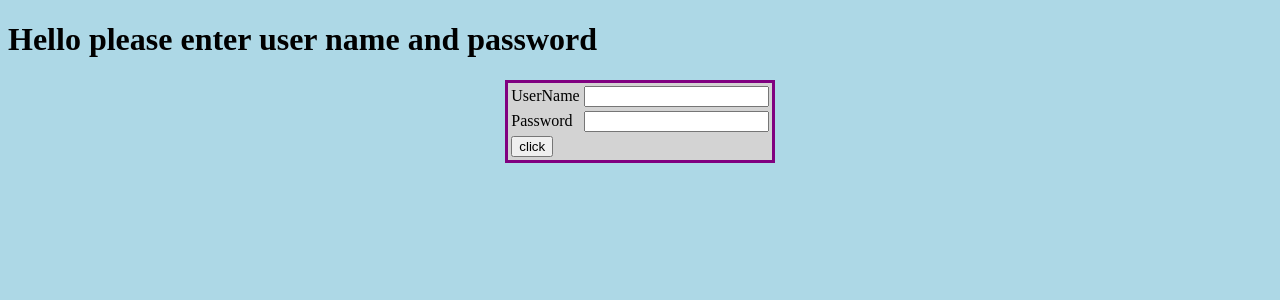
Repository: testGitHub1234cell/Test1
Page: http://localhost/nb/nb/AdminLogin.jsp
An editor plug-in stored every save of this project. The page is shown before and after the next save, followed by the edit.
The browser window is 1280 px wide. The pictures show the whole page.
The page is served by Tomcat 9. Other server files are loaded and not shown.

Above is the page before, as saved 2016-12-16 10:41:31.

### nb/nb/AdminLogin.jsp
<%@ page language="java" contentType="text/html; charset=ISO-8859-1"
    pageEncoding="ISO-8859-1"%>
<!DOCTYPE html PUBLIC "-//W3C//DTD HTML 4.01 Transitional//EN" "http://www.w3.org/TR/html4/loose.dtd">
<html>
<head>
<meta http-equiv="Content-Type" content="text/html; charset=ISO-8859-1">
<title>Insert title here</title>
</head>
<body bgcolor="lightblue">

<h1>Hello please enter user name and password</h1>

<form action="Controller">
<input type=hidden name=type value=3>
<table align="center" bgcolor="lightgray" bordercolor="purple">
<tr>
<td>UserName</td>
<td><input type=text name=uname></td>
</tr>
<tr>
<td>Password</td>
<td><input type=text name=password></td>
</tr>
<tr>
<td><input type="submit" value="click"></td>
</tr>
</table>
</form>
</body>
</html>

After the next save:
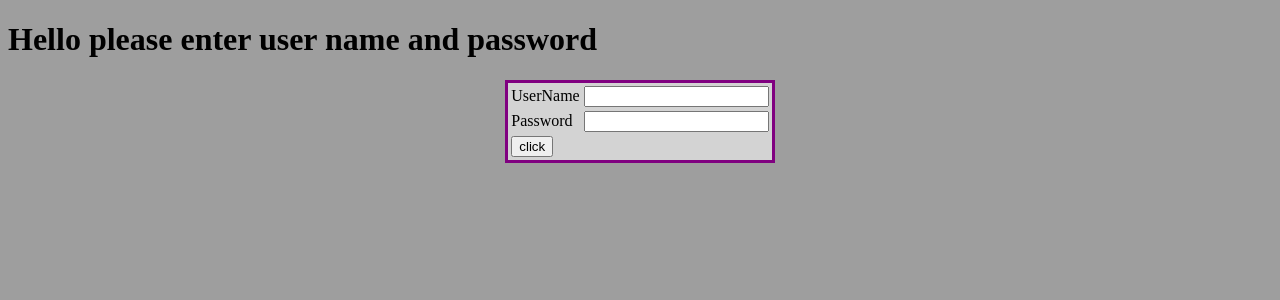
Saved 18 h 52 min later.
--- a/nb/nb/AdminLogin.jsp
+++ b/nb/nb/AdminLogin.jsp
@@ -6,7 +6,7 @@
 <meta http-equiv="Content-Type" content="text/html; charset=ISO-8859-1">
 <title>Insert title here</title>
 </head>
-<body bgcolor="lightblue">
+<body background="C:\Users\Public\Pictures\Sample Pictures">
 
 <h1>Hello please enter user name and password</h1>
 
